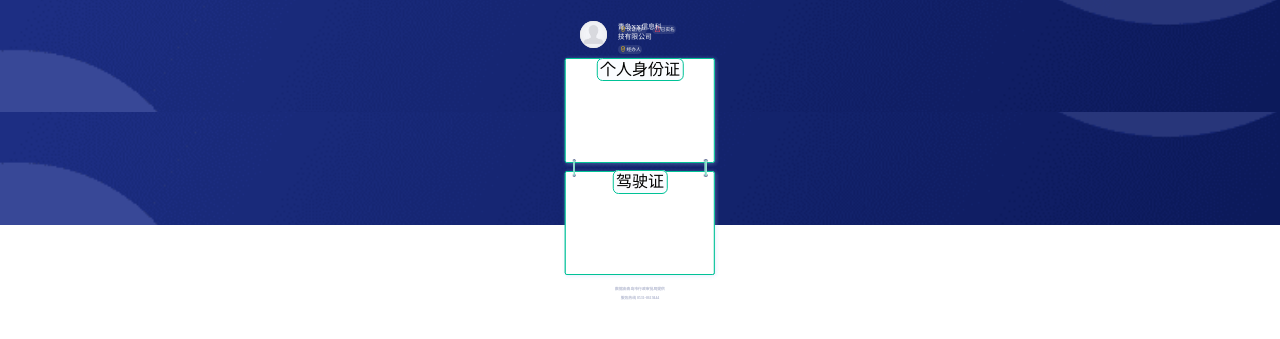
Repository: zlpstart/qingdao-new
Page: /License
These files come from the project's save history. The page is drawn as it stood at one moment and after the next save; the edit follows.
The browser window is 1280 px wide. The pictures show the whole page.
The page's requests for data from a server got no answer. Some web fonts or font styles are not loaded; a fallback is used. The project was rebuilt for these pictures with package versions that can differ from the ones it lists, and the page was loaded fresh each time. No one was signed in, and anything a server would have sent is missing. Also part of the build but not shown: src/components/MySpace.vue, src/components/Home.vue, src/components/Enterprise.vue, src/components/Opinion.vue, src/components/Opinion2.vue, src/components/Record.vue, src/components/Car.vue, src/components/House.vue and 5 more.

Above is the page before, as saved 2019-08-27 10:55:31.

### public/index.html
<!DOCTYPE html>
<html lang="en">
  <head>
    <meta charset="utf-8">
    <meta http-equiv="X-UA-Compatible" content="IE=edge">
    <meta name="viewport" content="width=device-width,initial-scale=1.0">
    <link rel="icon" href="<%= BASE_URL %>favicon.ico">
    <title></title>
  </head>
  <body>
    <noscript>
      <strong>We're sorry but zlp doesn't work properly without JavaScript enabled. Please enable it to continue.</strong>
    </noscript>
    <div id="app"></div>
    <!-- built files will be auto injected -->
  </body>
</html>

### src/main.js
import Vue from 'vue'
import './plugins/axios'
import App from './App.vue'
import 'lib-flexible'
import router from './router'
import axios from 'axios'


//vuex
import vuex from 'vuex'
Vue.use(vuex)



import 'babel-polyfill'
import Es6Promise from 'es6-promise'
import store from './store'
require('es6-promise').polyfill()
Es6Promise.polyfill()

Vue.config.productionTip = false
Vue.prototype.$ajax = axios


// import VueWechatTitle from 'vue-wechat-title'
// Vue.use(VueWechatTitle)


// 根据路由设置标题
router.beforeEach((to, from, next) => {
  /*路由发生改变修改页面的title */
  if(to.meta.title) {
    document.title = to.meta.title
  }
  next();
})


new Vue({
  router,
  store,
  render: h => h(App)
}).$mount('#app')

### src/App.vue
<template>
  <div id="app">
    <router-view></router-view>
  </div>
</template>

<script>
export default {
  data(){
    return {

    }
  },
}
</script>


<style>
* {
  padding: 0;
  margin:0;
}
  @font-face {
    font-family:'avenir';
    src:url('./assets/NotoSansHans-Medium.otf')
  }
  h1,h2,h3,h4,h5,h6,span,b,i,li,p {
    font-family: avenir
  }
</style>

### src/router.js
import Vue from 'vue'
import Router from 'vue-router'
import MySpace from './components/MySpace'
import Home from './components/Home'
import Enterprise from './components/Enterprise'
import Opinion from './components/Opinion'
import Opinion2 from './components/Opinion2'
import Record from './components/Record'
import Car from './components/Car'
import House from './components/House'
import License from './components/License'
import License2 from './components/License2'
import Footprint from './components/Footprint'
import Record2 from './components/Record2'
import Footprint2 from './components/Footprint2'
import NotFound from './components/NotFound'


Vue.use(Router)

export default new Router({
  mode: 'history',
  routes: [
    {
      path: '/',
      name: 'MySpace',
      component:MySpace,
      meta:{title:'青岛政务通'}
    },
    {
      path: '/Home',
      name: 'Home',
      component:Home,
      meta:{title:'导航栏'}
    },
    {
      path: '/Opinion',
      name: 'Opinion',
      component:Opinion,
      meta:{title:'意见反馈'}
    },
    {
      path: '/Enterprise',
      name: 'Enterprise',
      component:Enterprise,
      meta:{title:'企业空间'}
    },
    {
      path: '/Opinion2',
      name: 'Opinion2',
      component:Opinion2,
      meta:{title:'企业意见反馈'}
    },
    {
      path: '/Record',
      name: 'Record',
      component:Record,
      meta:{title:'我的档案'}
    },
    {
      path: '/Car',
      name: 'Car',
      component:Car,
      meta:{title:'车辆登记信息'}
    },
    {
      path: '/House',
      name: 'House',
      component:House,
      meta:{title:'房屋登记信息'}
    },
    {
      path: '/License',
      name: 'License',
      component:License,
      meta:{title:'我的证照'}
    },
    {
      path: '/Footprint',
      name: 'Footprint',
      component:Footprint,
      meta:{title:'我的足迹'}
    },
    {
      path: '/Record2',
      name: 'Record2',
      component:Record2,
      meta:{title:'企业档案'}
    },
    {
      path: '/Footprint2',
      name: 'Footprint2',
      component:Footprint2,
      meta:{title:'企业足迹'}
    },
    {
      path: '/License2',
      name: 'License2',
      component:License2,
      meta:{title:'企业证照'}
    },
    { /* 404必须是最后一个路由 */
      name: '404',
      path: '*',
      meta: {
          title: '找不到页面'
      },
      component: NotFound
  }
  ]
})

### src/store/index.js
import Vue from 'vue'
import Vuex from 'vuex'
import user from './modules/user'

Vue.use(Vuex)

export default new Vuex.Store({
    modules:{
        user
    }
})

### src/components/License.vue
<template>
    <div>
        <div class="License" v-if="">
            <TopBar></TopBar>
            <div class="header">
                <div class="header_wrap">
                    <div class="header_left">
                        <img :src="allUser.imgAddr">
                    </div>
                    <div class="header_right">
                        <div class="header_right_p">
                            <p>{{allUser.realName}}</p>
                        </div>
                        <div class="header_right_span">
                            <span>
                                <img src="../assets/认证.png" alt="">
                                认证用户
                            </span>
                            <span>
                                <img src="../assets/实名.png" alt="">
                                已实名
                            </span>
                        </div>
                    </div>
                </div>
            </div>
            <div class="content_box">
                <div class="content_minbox">
                    <div class="title">
                        <span>个人身份证</span>
                    </div>
                    <div class="content_img">
                        <img src="../assets/身份证.png" alt="">
                        <div class="content_text">
                            <p>这里是文件内容或登记时间</p>
                        </div>
                    </div>
                </div>
                <div class="content_minbox">
                    <div class="xian">
                        <div class="xian_left">
                            <img src="../assets/连接.png" alt="">
                        </div>
                        <div class="xian_right">
                            <img src="../assets/连接.png" alt="">
                        </div>
                    </div>
                    <div class="title">
                        <span>驾驶证</span>
                    </div>
                    <div class="content_img">
                        <img src="../assets/驾驶证.png" alt="">
                        <div class="content_text">
                            <p>这里是文件内容或登记时间</p>
                        </div>
                    </div>
                </div>
                <div class="bottom">
                    <span></span>
                    <p>数据由青岛市行政审批局提供</p>
                    <span></span>
                    <p>服务热线 0531-8619444</p>
                </div>
            </div>
        </div>

        <div class="License2">
            <TopBar></TopBar>
            <div class="header">
                <div class="header_wrap">
                    <div class="header_left">
                        <img src="../assets/timg.jpg" alt="">
                    </div>
                    <div class="header_right">
                        <div class="header_right_p">
                            <p>青岛XX信息科技有限公司</p>
                        </div>
                        <div class="header_right_span">
                            <span>
                                <img src="../assets/认证.png" alt="">
                                经办人
                            </span>
                        </div>
                    </div>
                </div>
            </div>
            <div class="content_box">
                <div class="content_minbox">
                    <div class="title">
                        <span>个人身份证</span>
                    </div>
                    <div class="content_img">
                        <p>这里是文件内容或登记时间</p>
                    </div>
                </div>
                <div class="content_minbox">
                    <div class="xian">
                        <div class="xian_left">
                            <img src="../assets/连接.png" alt="">
                        </div>
                        <div class="xian_right">
                            <img src="../assets/连接.png" alt="">
                        </div>
                    </div>
                    <div class="title">
                        <span>驾驶证</span>
                    </div>
                    <div class="content_img">
                        <p>这里是文件内容或登记时间</p>
                    </div>
                </div>
                <div class="bottom">
                    <span></span>
                    <p>数据由青岛市行政审批局提供</p>
                    <span></span>
                    <p>服务热线 0531-8619444</p>
                </div>
            </div>
        </div>
    </div>

</template>

<script>
import TopBar from './TopBar'
import {mapGetters,mapActions} from 'vuex'

export default {
    name:"License",
    data(){
        return {

        }
    },
    components:{
        TopBar
    },
    methods:{
        to(){
            this.$router.go(0)
        },
        ...mapActions(["getUsers"]),
    },
    created(){
        this.getUsers()
    },
    computed:{
        ...mapGetters(["allUser","show"]),
    },
}
</script>

<style scoped>
* {
    padding: 0;
    margin: 0;
}
ul {
    list-style: none;
}
a {
    text-decoration: none;
}
body {
    background: #F7FAFF;
}
.content_box {
    position: absolute;
    left: 50%;
    transform: translate(-50%);
    top: 3.6267rem;
}
.logo {
    width: 100%;
    height: 0.3733rem;
    position: absolute;
    top: 1.0133rem;
}
.logo_left p {
    float: left;
}
.logo_left p:nth-child(1){
    margin-left: 0.3867rem;
}
.logo_left p:nth-child(2){
    margin-left: 0.32rem;
}
.logo_left img {
    width: 0.4rem;
    height: 0.4rem;
}
.logo a {
    color: white;
}
.logo_title {
    width: 4.6333rem;
    margin: 0 auto;
    text-align: center;
}
.logo_title p {
    font-size:0.4rem;
    font-weight:500;
    color:rgba(255,255,255,1);
}
.header {
    width: 100%;
    height: 1.7067rem;
    position: absolute;
    top: 1.32rem;
}
.header_wrap {
    width: 7.48rem;
    margin: 0 auto;
    padding: 0 0.72rem;
}
.header_left {
    width:1.7067rem;
    height:1.7067rem;
    float: left;
    border-radius: 1.7067rem;
    overflow: hidden;
}
.header_left img {
    width:1.7067rem;
    height:1.7067rem;
    background: url("../assets/timg.jpg")no-repeat center center;
    background-size: 100%;
    overflow: hidden;
}
.header_right {
    width: 2.9rem;
    height:1.3333rem;
    float: left;
    margin-left: 0.64rem;
}
.header_right_p p {
    font-size:0.4267rem;
    font-weight:500;
    color:rgba(255,255,255,1);
}
.header_right_span img {
    width: 0.2933rem;
    height: 0.3333rem;
    margin-left: 0.0933rem;
}
.header_right_span {
    width: 5.2667rem;
    margin-top: 0.2267rem;
    height: 0.5867rem;
}
.header_right_span span {
    padding: 0.0933rem 0.0933rem 0.0933rem 0.0933rem;
    border-radius:0.32rem;
    background:rgba(255,255,255,0.1);
    float: left;
    margin-left: 0.32rem;
    font-size:0.2933rem;
    font-weight:500;
    color:rgba(255,255,255,1);
}
.header_right_span span:nth-child(1){
    margin-left: 0;
}
.content_minbox {
    width:9.28rem;
    height:6.4267rem;
    background:rgba(255,255,255,1);
    box-shadow:0.0533rem 0.0533rem 0.2667rem 0rem rgba(173,206,255,0.2);
    border-radius:0.1333rem;
    border:0.0133rem solid rgba(0,194,150,1);
    margin: 0 auto;
    text-align: center;
    position: relative;
}
.content_text {
    width:8.4267rem;
    height:1.7333rem;
    background:linear-gradient(180deg,rgba(0,0,0,0) 0%,rgba(0,0,0,0.68) 100%);
    border-radius:0rem 0rem 0.1333rem 0.1333rem;
    z-index: 1;
    position: absolute;
    line-height: 1.7333rem;
    text-align: left;
    bottom: 0;
}
.content_text p {
    font-size:0.3467rem;
    font-family:PingFangSC-Semibold;
    font-weight:600;
    color:rgba(255,255,255,1);
    margin-left: 0.4267rem;
}
.title {
    width: 100%;
    height: 1.4267rem;
    line-height: 1.4267rem;
}
.title span {
    position: 0.0933rem;
    background:rgba(250,252,255,1);
    border-radius:0.36rem;
    border:0.0267rem solid rgba(0,194,150,1);
    padding: 0.1533rem;
}
.content_img {
    width:8.4267rem;
    height:4.56rem;
    margin: 0 auto;
    position: relative;
}
.content_img img {
    width: 100%;
    height: 100%;
}
.content_img p {
    font-size:0.3467rem;
    font-weight:600;
    color:rgba(255,255,255,1);
}
.content_minbox:nth-child(2){
    margin-top: 0.48rem;
}
.xian {
    width: 100%;
    height: 1.12rem;
    position: absolute;
    top: -0.8rem;
}
.xian img {
    width: 100%;
    height: 100%;
}
.xian_left {
    width: 0.24rem;
    height: 1.12rem;
    float: left;
    margin-left: 0.4133rem;
}
.xian_right {
    width: 0.24rem;
    height: 1.12rem;
    float: right;
    margin-right: 0.4133rem;
}
  .bottom {
    width: 100%;
    height: 1.3333rem;
    margin-top: 0.6267rem;
    line-height: 0.5667rem;
    text-align: center;
}
.bottom p {
    font-size:0.24rem;
    font-weight:400;
    color:#BABFD4;
}
</style>

### src/store/modules/user.js
import axios from 'axios'

const state ={
    user:[],
    code:"",
    boy:require("../../assets/boy.png"),
    gril:require("../../assets/gril.png"),
    corporation:require("../../assets/corporation.png"),
    show:true
}

const getters = {
    allUser: state => state.user,
    userImg: state => state.img,
    boy: state => state.boy,
    gril: state => state.gril,
    show:state => state.show
}

const mutations = {
    // 更改user信息方法
    setUsers:(state,users) => (state.user = users),
    //获取用户code
    getCode:(state) => {
        let URL = window.location.href  // 获取到当前url
        var b = ""      //准备获取code
        if(URL.indexOf("=")>-1){ //判断url里最后一个=的位置 是否大于0
            b = URL.substring(URL.indexOf("=")+1,URL.length-16)  // 如果大于0 则截取URL的=后字符串
            window.localStorage.setItem("code",b)   //将URL的code 存入localStorage
        }
        state.code = window.localStorage.getItem("code")      //获取到localStorage 里的的code 并存入code变量
    },
}

const actions = {
     async getUsers({commit,state}){
        await commit("getCode")
        axios.get("http://120.55.60.206:18082/api/getUserInfo?code="+state.code) //请求接口
        .then(res => {
            console.log("成功请求",res)
            res.data.category = 0
            if(res.data.category == 13){
                state.show = true
                console.log(state.show)
                window.open("/")
                axios.get("http://120.55.60.206:18082/api/getNormalUserDetailInfo?code="+state.code)
                .then(i => {
                    console.log(i.data)
                    if(i.data.imgAddr == ""){       //判断用户是否上传头像
                        if(i.data.gender == 0){     //判断用户是否是男人
                            i.data.imgAddr = state.boy    //把接口数据的空值 改成本地男生图片路径
                            console.log(i.data.imgAddr)
                        }else{                      //判断用户是否是女人
                            i.data.imgAddr = state.gril   //把接口数据的空值 改成本地女生图片路径
                            console.log(i.data.imgAddr)
                        }
                    }
                    commit("setUsers",i.data)
                })
                .catch(j => console.log(j))
            }else {
                state.show = false
                console.log(state.show)
                window.open("/Enterprise")
                axios.get("http://120.55.60.206:18082/api/getNormalUserDetailInfo?code="+state.code)
                .then(a => {
                    console.log(a.data)
                    if(a.data.imgAddr == ""){
                        a.data.imgAddr = state.corporation
                    }
                    commit("setUsers",a.data)
                })
                .catch(b => console.log(b))
            }
            commit("setUsers",res.data)
        })
    }
}

export default {
    state,
    getters,
    mutations,
    actions
}

### src/components/TopBar.vue
<template>
    <div class="TopBar">

    </div>
</template>

<script>
export default {
    name:"TopBar",
    data(){
        return {

        }
    },
    methods:{

    },
}
</script>

<style scoped>
* {
    padding: 0;
    margin: 0;
}
ul {
    list-style: none;
}
a {
    text-decoration: none;
}
body {
    background: #F7FAFF;
}
.TopBar {
    width: 100%;
    height: 7.0267rem;
    background: url("../assets/topbackground.png")no-repeat center center;
    background-size:100%;
}

</style>

Loaded but not shown: src/plugins/axios.js (common file)

After the next save:
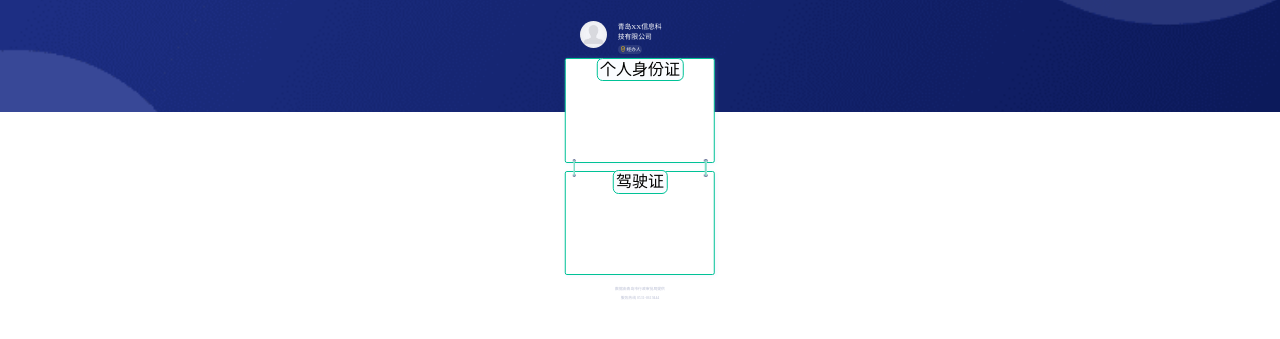
Saved 10 s later.
--- a/src/components/License.vue
+++ b/src/components/License.vue
@@ -1,6 +1,6 @@
 <template>
     <div>
-        <div class="License" v-if="">
+        <div class="License" v-if="!show">
             <TopBar></TopBar>
             <div class="header">
                 <div class="header_wrap">
